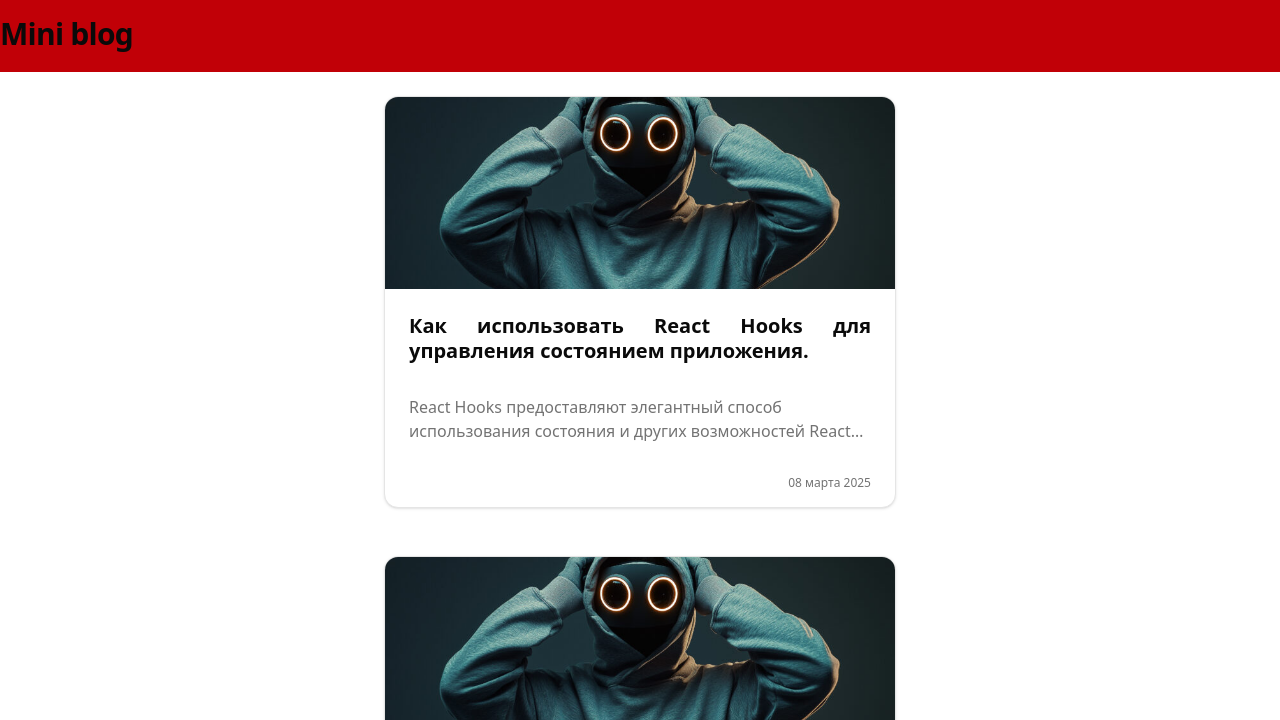
Repository: maxempolk/Telegram-channel
Page: /
An editor plug-in stored every save of this project. The page is shown before and after the next save, followed by the edit.
The browser window is 1280 px wide. The pictures show the whole page.
An inner scrolling area shows only its first screen. The project was rebuilt for these pictures with package versions that can differ from the ones it lists, and the page was loaded fresh each time. The framework's server and built-in components were replaced by stand-ins that run in the browser. Also part of the build but not shown: next.config.ts.

Above is the page before, as saved 2025-03-08 02:15:12.

### src/app/layout.tsx
import type { Metadata } from 'next';
import { Geist, Geist_Mono } from 'next/font/google';
import './globals.css';
import Header from '@/components/header/Header';
import Footer from '@/components/footer/Footer';

const geistSans = Geist({
  variable: '--font-geist-sans',
  subsets: ['latin'],
});

const geistMono = Geist_Mono({
  variable: '--font-geist-mono',
  subsets: ['latin'],
});

export const metadata: Metadata = {
  title: 'Create Next App',
  description: 'Generated by create next app',
};

export default function RootLayout({
  children,
}: Readonly<{
  children: React.ReactNode;
}>) {
  return (
    <html lang="en">
      <body className={`${geistSans.variable} ${geistMono.variable} antialiased`}>
        <div className="flex flex-col w-full h-screen overflow-x-hidden">
          <Header />
          <main className="container mx-auto py-6 grow">{children}</main>
          <Footer />
        </div>
      </body>
    </html>
  );
}

### src/app/page.tsx
import BlogPost from '@/components/post/Post';
import { Button } from '@/components/ui/button';
import { BlogPostType } from '@/types/post';

export default function Home() {
  const blogPosts: BlogPostType[] = [
    {
      id: 1,
      title: 'Как использовать React Hooks для управления состоянием приложения.',
      excerpt:
        'React Hooks предоставляют элегантный способ использования состояния и других возможностей React без написания классов.',
      date: '08 марта 2025',
      imageUrl: '/image.jpg',
      tags: ['React', 'Hooks', 'Frontend'],
    },
    {
      id: 2,
      title: 'Создание API с помощью FastAPI: практическое руководство.',
      excerpt:
        'FastAPI — это современный, быстрый (высокопроизводительный) веб-фреймворк для создания API с Python.',
      date: '06 марта 2025',
      imageUrl: '/image.jpg',
      tags: ['Python', 'FastAPI', 'Backend'],
    },
    {
      id: 3,
      title: 'Next.js 14: что нового и как это использовать в ваших проектах.',
      excerpt: 'Next.js 14 вносит значительные улучшения в производительность и опыт разработчика.',
      date: '01 марта 2025',
      imageUrl: '/image.jpg',
      tags: ['Next.js', 'Frontend', 'React'],
    },
    {
      id: 4,
      title: 'Tailwind CSS и shadcn/ui: создание красивых и функциональных интерфейсов.',
      excerpt:
        'Tailwind CSS в сочетании с компонентами shadcn/ui позволяет быстро создавать современные интерфейсы.',
      date: '25 февраля 2025',
      imageUrl: '/image.jpg',
      tags: ['CSS', 'UI/UX', 'Frontend'],
    },
  ];

  return (
    <>
      <div className="grid grid-cols-1 gap-6">
        {blogPosts.map(post => (
          <BlogPost key={post.id} post={post} />
        ))}
      </div>

      <div className="flex justify-center mt-10">
        <Button variant="outline" className="rounded-full px-6">
          Загрузить еще
        </Button>
      </div>
    </>
  );
}

### src/app/globals.css
@import 'tailwindcss';

@plugin "tailwindcss-animate";

@custom-variant dark (&:is(.dark *));

@theme inline {
  --color-background: var(--background);
  --color-foreground: var(--foreground);
  --font-sans: var(--font-geist-sans);
  --font-mono: var(--font-geist-mono);
  --color-sidebar-ring: var(--sidebar-ring);
  --color-sidebar-border: var(--sidebar-border);
  --color-sidebar-accent-foreground: var(--sidebar-accent-foreground);
  --color-sidebar-accent: var(--sidebar-accent);
  --color-sidebar-primary-foreground: var(--sidebar-primary-foreground);
  --color-sidebar-primary: var(--sidebar-primary);
  --color-sidebar-foreground: var(--sidebar-foreground);
  --color-sidebar: var(--sidebar);
  --color-chart-5: var(--chart-5);
  --color-chart-4: var(--chart-4);
  --color-chart-3: var(--chart-3);
  --color-chart-2: var(--chart-2);
  --color-chart-1: var(--chart-1);
  --color-ring: var(--ring);
  --color-input: var(--input);
  --color-border: var(--border);
  --color-destructive-foreground: var(--destructive-foreground);
  --color-destructive: var(--destructive);
  --color-accent-foreground: var(--accent-foreground);
  --color-accent: var(--accent);
  --color-muted-foreground: var(--muted-foreground);
  --color-muted: var(--muted);
  --color-secondary-foreground: var(--secondary-foreground);
  --color-secondary: var(--secondary);
  --color-primary-foreground: var(--primary-foreground);
  --color-primary: var(--primary);
  --color-popover-foreground: var(--popover-foreground);
  --color-popover: var(--popover);
  --color-card-foreground: var(--card-foreground);
  --color-card: var(--card);
  --radius-sm: calc(var(--radius) - 4px);
  --radius-md: calc(var(--radius) - 2px);
  --radius-lg: var(--radius);
  --radius-xl: calc(var(--radius) + 4px);
}

:root {
  --background: oklch(1 0 0);
  --foreground: oklch(0.145 0 0);
  --card: oklch(1 0 0);
  --card-foreground: oklch(0.145 0 0);
  --popover: oklch(1 0 0);
  --popover-foreground: oklch(0.145 0 0);
  --primary: oklch(0.205 0 0);
  --primary-foreground: oklch(0.985 0 0);
  --secondary: oklch(0.97 0 0);
  --secondary-foreground: oklch(0.205 0 0);
  --muted: oklch(0.97 0 0);
  --muted-foreground: oklch(0.556 0 0);
  --accent: oklch(0.97 0 0);
  --accent-foreground: oklch(0.205 0 0);
  --destructive: oklch(0.577 0.245 27.325);
  --destructive-foreground: oklch(0.577 0.245 27.325);
  --border: oklch(0.922 0 0);
  --input: oklch(0.922 0 0);
  --ring: oklch(0.708 0 0);
  --chart-1: oklch(0.646 0.222 41.116);
  --chart-2: oklch(0.6 0.118 184.704);
  --chart-3: oklch(0.398 0.07 227.392);
  --chart-4: oklch(0.828 0.189 84.429);
  --chart-5: oklch(0.769 0.188 70.08);
  --radius: 0.625rem;
  --sidebar: oklch(0.985 0 0);
  --sidebar-foreground: oklch(0.145 0 0);
  --sidebar-primary: oklch(0.205 0 0);
  --sidebar-primary-foreground: oklch(0.985 0 0);
  --sidebar-accent: oklch(0.97 0 0);
  --sidebar-accent-foreground: oklch(0.205 0 0);
  --sidebar-border: oklch(0.922 0 0);
  --sidebar-ring: oklch(0.708 0 0);
}

.dark {
  --background: oklch(0.145 0 0);
  --foreground: oklch(0.985 0 0);
  --card: oklch(0.145 0 0);
  --card-foreground: oklch(0.985 0 0);
  --popover: oklch(0.145 0 0);
  --popover-foreground: oklch(0.985 0 0);
  --primary: oklch(0.985 0 0);
  --primary-foreground: oklch(0.205 0 0);
  --secondary: oklch(0.269 0 0);
  --secondary-foreground: oklch(0.985 0 0);
  --muted: oklch(0.269 0 0);
  --muted-foreground: oklch(0.708 0 0);
  --accent: oklch(0.269 0 0);
  --accent-foreground: oklch(0.985 0 0);
  --destructive: oklch(0.396 0.141 25.723);
  --destructive-foreground: oklch(0.637 0.237 25.331);
  --border: oklch(0.269 0 0);
  --input: oklch(0.269 0 0);
  --ring: oklch(0.439 0 0);
  --chart-1: oklch(0.488 0.243 264.376);
  --chart-2: oklch(0.696 0.17 162.48);
  --chart-3: oklch(0.769 0.188 70.08);
  --chart-4: oklch(0.627 0.265 303.9);
  --chart-5: oklch(0.645 0.246 16.439);
  --sidebar: oklch(0.205 0 0);
  --sidebar-foreground: oklch(0.985 0 0);
  --sidebar-primary: oklch(0.488 0.243 264.376);
  --sidebar-primary-foreground: oklch(0.985 0 0);
  --sidebar-accent: oklch(0.269 0 0);
  --sidebar-accent-foreground: oklch(0.985 0 0);
  --sidebar-border: oklch(0.269 0 0);
  --sidebar-ring: oklch(0.439 0 0);
}

@layer base {
  * {
    @apply border-border outline-ring/50;
  }
  body {
    @apply bg-background text-foreground;
  }
}

### src/components/header/Header.tsx
const Header = () => {
  return (
    <header className="sticky container mx-auto py-4 bg-red-700">
      <h1 className="text-3xl font-bold tracking-tight mb-1">Mini blog</h1>
    </header>
  );
};

export default Header;

### src/components/footer/Footer.tsx
const Footer = () => {
  return (
    <footer className="border-t mt-12">
      <div className="container mx-auto py-6 text-center text-sm text-muted-foreground">
        © 2025 Минималистичный Блог • Создано с использованием Next.js и shadcn/ui
      </div>
    </footer>
  );
};

export default Footer;

### src/components/post/Post.tsx
import Image from 'next/image';
import { Card, CardHeader, CardTitle, CardContent, CardFooter } from '../ui/card';
import { BlogPostType } from '@/types/post';
import { FC } from 'react';
import Link from 'next/link';

type BlogPostProps = {
  post: BlogPostType;
};

const BlogPost: FC<BlogPostProps> = ({ post }) => {
  return (
    <Card className="mx-auto mb-6 overflow-hidden hover:shadow-md transition-shadow duration-300 max-w-128">
      <div className="relative h-48 w-full overflow-hidden">
        <Link href={`posts/${post.id}`}>
          <Image
            src={post.imageUrl}
            alt={post.title}
            className="w-full h-full object-cover transition-transform duration-300 hover:scale-110"
            width={400}
            height={400}
          />
        </Link>
      </div>
      <CardHeader className="pb-2">
        {/* <div className="flex flex-wrap gap-2 mb-2">
          {post.tags.map((tag: string) => (
            <Badge key={tag} variant="secondary" className="text-xs">
              {tag}
            </Badge>
          ))}
        </div> */}
        <CardTitle className="text-xl leading-tight line-clamp-2 text-justify">
          {post.title}
        </CardTitle>
      </CardHeader>
      <CardContent className="pb-2">
        <p className="text-muted-foreground line-clamp-2">{post.excerpt}</p>
      </CardContent>
      <CardFooter className="flex justify-end items-center pb-4">
        <span className="text-xs text-muted-foreground">{post.date}</span>
      </CardFooter>
    </Card>
  );
};

export default BlogPost;

### src/components/ui/button.tsx
import * as React from 'react';
import { Slot } from '@radix-ui/react-slot';
import { cva, type VariantProps } from 'class-variance-authority';

import { cn } from '@/lib/utils';

const buttonVariants = cva(
  "inline-flex items-center justify-center gap-2 whitespace-nowrap rounded-md text-sm font-medium transition-[color,box-shadow] disabled:pointer-events-none disabled:opacity-50 [&_svg]:pointer-events-none [&_svg:not([class*='size-'])]:size-4 shrink-0 [&_svg]:shrink-0 outline-none focus-visible:border-ring focus-visible:ring-ring/50 focus-visible:ring-[3px] aria-invalid:ring-destructive/20 dark:aria-invalid:ring-destructive/40 aria-invalid:border-destructive",
  {
    variants: {
      variant: {
        default: 'bg-primary text-primary-foreground shadow-xs hover:bg-primary/90',
        destructive:
          'bg-destructive text-white shadow-xs hover:bg-destructive/90 focus-visible:ring-destructive/20 dark:focus-visible:ring-destructive/40',
        outline:
          'border border-input bg-background shadow-xs hover:bg-accent hover:text-accent-foreground',
        secondary: 'bg-secondary text-secondary-foreground shadow-xs hover:bg-secondary/80',
        ghost: 'hover:bg-accent hover:text-accent-foreground',
        link: 'text-primary underline-offset-4 hover:underline',
      },
      size: {
        default: 'h-9 px-4 py-2 has-[>svg]:px-3',
        sm: 'h-8 rounded-md gap-1.5 px-3 has-[>svg]:px-2.5',
        lg: 'h-10 rounded-md px-6 has-[>svg]:px-4',
        icon: 'size-9',
      },
    },
    defaultVariants: {
      variant: 'default',
      size: 'default',
    },
  }
);

function Button({
  className,
  variant,
  size,
  asChild = false,
  ...props
}: React.ComponentProps<'button'> &
  VariantProps<typeof buttonVariants> & {
    asChild?: boolean;
  }) {
  const Comp = asChild ? Slot : 'button';

  return (
    <Comp
      data-slot="button"
      className={cn(buttonVariants({ variant, size, className }))}
      {...props}
    />
  );
}

export { Button, buttonVariants };

### src/components/ui/card.tsx
import * as React from 'react';

import { cn } from '@/lib/utils';

function Card({ className, ...props }: React.ComponentProps<'div'>) {
  return (
    <div
      data-slot="card"
      className={cn(
        'bg-card text-card-foreground flex flex-col gap-6 rounded-xl border shadow-sm',
        className
      )}
      {...props}
    />
  );
}

function CardHeader({ className, ...props }: React.ComponentProps<'div'>) {
  return (
    <div
      data-slot="card-header"
      className={cn('flex flex-col gap-1.5 px-6', className)}
      {...props}
    />
  );
}

function CardTitle({ className, ...props }: React.ComponentProps<'div'>) {
  return (
    <div
      data-slot="card-title"
      className={cn('leading-none font-semibold', className)}
      {...props}
    />
  );
}

function CardDescription({ className, ...props }: React.ComponentProps<'div'>) {
  return (
    <div
      data-slot="card-description"
      className={cn('text-muted-foreground text-sm', className)}
      {...props}
    />
  );
}

function CardContent({ className, ...props }: React.ComponentProps<'div'>) {
  return <div data-slot="card-content" className={cn('px-6', className)} {...props} />;
}

function CardFooter({ className, ...props }: React.ComponentProps<'div'>) {
  return (
    <div data-slot="card-footer" className={cn('flex items-center px-6', className)} {...props} />
  );
}

export { Card, CardHeader, CardFooter, CardTitle, CardDescription, CardContent };

Loaded but not shown: src/lib/utils.ts (common file)

After the next save:
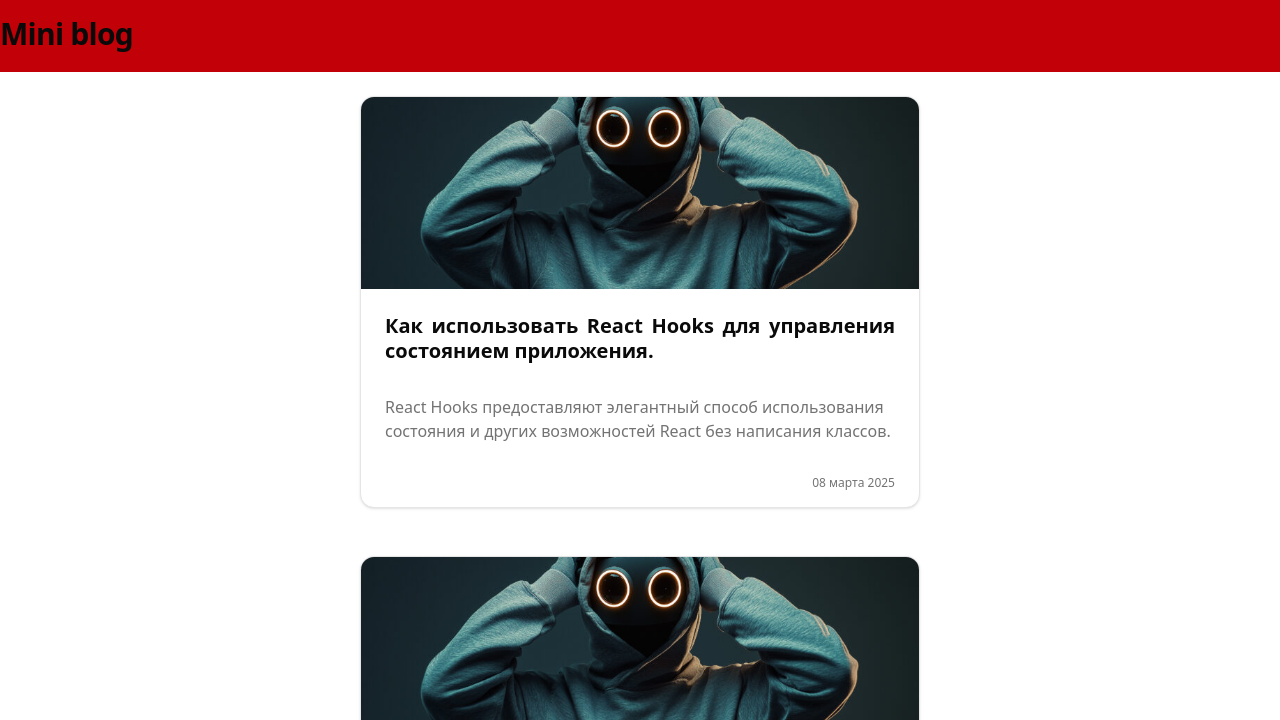
Saved 8 s later.
--- a/src/components/post/Post.tsx
+++ b/src/components/post/Post.tsx
@@ -10,7 +10,7 @@ type BlogPostProps = {
 
 const BlogPost: FC<BlogPostProps> = ({ post }) => {
   return (
-    <Card className="mx-auto mb-6 overflow-hidden hover:shadow-md transition-shadow duration-300 max-w-128">
+    <Card className="mx-auto mb-6 overflow-hidden hover:shadow-md transition-shadow duration-300 max-w-140">
       <div className="relative h-48 w-full overflow-hidden">
         <Link href={`posts/${post.id}`}>
           <Image
